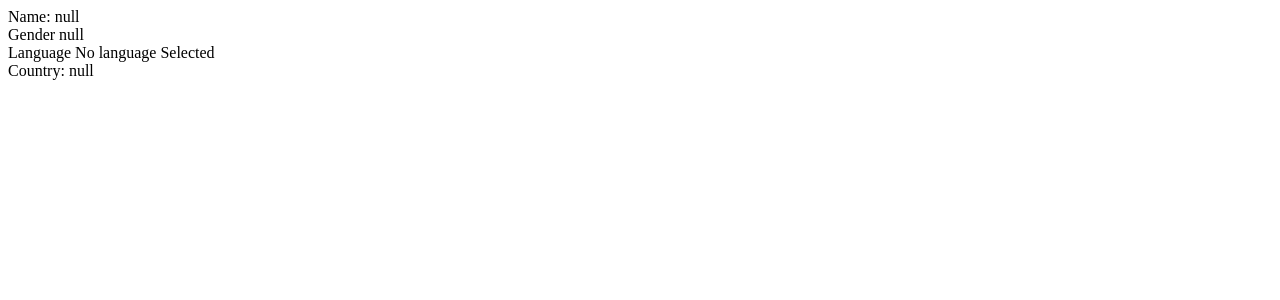
Repository: Maxx1432/Eclipse-Work
Page: http://localhost/S02L03-Maxx_Forms_under_JSP/submit.jsp
An editor plug-in stored every save of this project. The page is shown before and after the next save, followed by the edit.
The browser window is 1280 px wide. The pictures show the whole page.
The page is served by Tomcat 9.

Above is the page before, as saved 2023-02-17 02:51:19.

### S02L03-Maxx Forms under JSP/src/main/webapp/submit.jsp
<%@ page language="java" contentType="text/html; charset=ISO-8859-1"
    pageEncoding="ISO-8859-1"%>
<!DOCTYPE html>
<html>
<head>
<meta charset="ISO-8859-1">
<title>Submit</title>
</head>
<body>
Name: <%= request.getParameter("full_name") %> <br/>
Gender <%= request.getParameter("gender") %> <br/>
Language <%
String [] countries = request.getParameterValues("language");
if(countries!=null)
{
	for(String temp : countries)
	{
		out.print(temp.toUpperCase());
		out.print("<br/>");
	}
}
else
{
	out.print("No language Selected");
}


%> <br/>
Country: <%= request.getParameter("country") %> <br/>
</body>
</html>

After the next save:
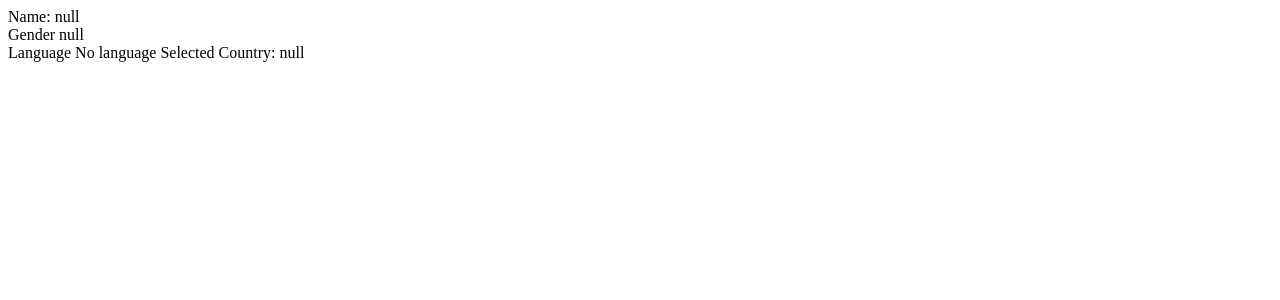
Saved 46 s later.
--- a/S02L03-Maxx Forms under JSP/src/main/webapp/submit.jsp
+++ b/S02L03-Maxx Forms under JSP/src/main/webapp/submit.jsp
@@ -16,7 +16,7 @@ if(countries!=null)
 	for(String temp : countries)
 	{
 		out.print(temp.toUpperCase());
-		out.print("<br/>");
+		out.print("\t<br/>");
 	}
 }
 else
@@ -25,7 +25,7 @@ else
 }
 
 
-%> <br/>
+%>
 Country: <%= request.getParameter("country") %> <br/>
 </body>
 </html>
